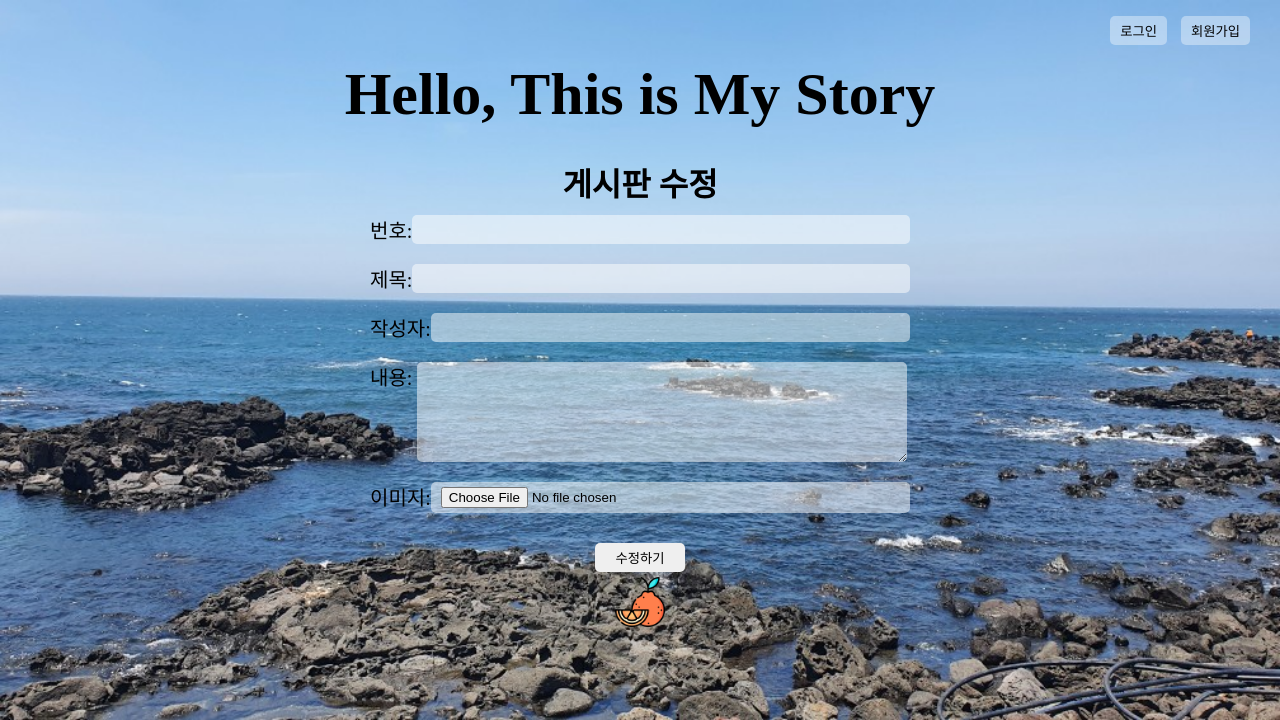
Repository: jeeniii/test2022_12_29
Page: http://localhost/portfolio/board/modify.jsp
An editor plug-in stored every save of this project. The page is shown before and after the next save, followed by the edit.
The browser window is 1280 px wide. The pictures show the whole page.
The page is served by Tomcat 9. Other server files are loaded and not shown. The template is opened directly, without the code that normally fills it, so the values that code supplies are empty.

Above is the page before, as saved 2022-12-14 03:29:02.

### JSP_Portfolio/portfolio/src/main/webapp/board/modify.jsp
<%@ page language="java" contentType="text/html; charset=UTF-8"
    pageEncoding="UTF-8"%>
<!DOCTYPE html>
<html>
<head>
<meta charset="UTF-8">
<title>Insert title here</title>
<link rel="stylesheet" href="/resources/css/boardModify.css" type="text/css">
<%@ include file="/header.jsp" %>
</head>
<body>
<div class="container">
<h1>게시판 수정</h1>
	<form action="/brd/update" method="post" enctype="multipart/form-data">
		<div class="bm_put">
			<span>
				번호:
			</span>
		 <input type="text" name="bno" value="${bvo.bno }" readonly="readonly"> <br>
		</div>
		<div class="bm_put">
			<span>
				제목:
			</span>
		 <input type="text" name="title" value="${bvo.title }"> <br>
		</div>
		<div class="bm_put">
			<span>
				작성자:
			</span>
		 <input type="text" name="writer" value="${ses.nick_name }" readonly="readonly"> <br>
		</div>
		<div class="bm_put">
			<span>
				내용:
			</span>
		 <textarea rows="3" cols="30" name="content" >${bvo.content }</textarea>
		</div>
		<div class="bm_put">
			<span>
				이미지:
			</span>
			<input type="hidden" name="image_file" value="${bvo.image_file }">
			<input type="file" name="new_file" accept="image/png, image/jpg, img/jpeg, image/gif">
		</div>
		<div class="mb_btn">
		<button type="submit">수정하기</button>
		</div>
	</form>
</div>
<section></section>
<%@ include file="/footer.jsp" %>
</body>
</html>

### JSP_Portfolio/portfolio/src/main/webapp/header.jsp
<%@ page language="java" contentType="text/html; charset=UTF-8"
    pageEncoding="UTF-8"%>
    <%@ taglib uri="http://java.sun.com/jsp/jstl/core" prefix="c" %>
<!DOCTYPE html>
<html>
<head>
<meta charset="UTF-8">

<link rel="stylesheet" href="/resources/css/header.css" type="text/css">
</head>
<body>
	<header>
		<div class="realHeader">
			<div class="headbar">
				<ul>

					<c:if test="${ses.id ne null }">
						<li>
							${ses.nick_name }님
						</li>
						<li>
							<a href="/mem/logout?id=${ses.id }"><button type="button">로그아웃</button></a>
						</li>
						<li>
							<a href="/mem/modify?id=${ses.id }"><button type="button">회원정보수정</button></a>
						</li>
					</c:if>

					<c:if test="${ses.id eq null }">
						<li>
							<a href="/mem/login"><button type="button">로그인</button></a>
						</li>
						<li>
							<a href="/mem/join"><button type="button"> 회원가입</button></a>
						</li>
					</c:if>
				</ul>
			</div>
		</div>
		<div class="topic">
			<h1>Hello, This is My Story</h1>
		</div>
	</header>
</body>
</html>

### JSP_Portfolio/portfolio/src/main/webapp/footer.jsp
<%@ page language="java" contentType="text/html; charset=UTF-8"
    pageEncoding="UTF-8"%>
    <%@ taglib uri="http://java.sun.com/jsp/jstl/core" prefix="c" %>
<!DOCTYPE html>
<html>
<head>
<meta charset="UTF-8">
<title>Insert title here</title>
<link rel="stylesheet" href="/resources/css/footer.css" type="text/css">
</head>
<body>
<footer>
		<a href="/" id="hanlabtn"><button type="button"><img src="/resources/한라봉.png" id="hanlabong"></button></a>
</footer>
</body>
</html>

### JSP_Portfolio/portfolio/src/main/webapp/resources/css/boardModify.css
@charset "UTF-8";
.container{
	width:580px;
	margin: 0 auto;
	padding: 0px;
	margin-top: 30px;
}
h1{
	text-align: center;
}
.bm_put{
	font-size:20px;
	display: inline-flex;
	width: 100%;
	padding: 10px 20px;
}
.bm_put>input{
	flex: 1 1 0%;
	border: 0px;
	padding: 5px 10px;
	border-radius: 5px;
	background-color: rgba(255, 255, 255, 0.503);
}
textarea{
	width: 490px;
	height: 100px;
	border: 0px;
	border-radius: 5px;
	margin-left: 5px;
	background-color: rgba(255, 255, 255, 0.503);
}
button[type="submit"]{
	border-radius: 5px;
	border: none;
	padding: 5px 20px;
}
.mb_btn{
	margin-top:20px;
	width: 100%;
	display: flex;
	justify-content: center;
}

### JSP_Portfolio/portfolio/src/main/webapp/resources/css/header.css
@charset "UTF-8";
* {
    margin: 0;
    padding: 0;
    box-sizing: border-box;
}
body{
	width:100%;
	height:100%;
	background-image: url("/resources/제주 바다.jpg");
	background-repeat: no-repeat;
	background-size: cover;
}
.topic{
	text-align: center;
	font-size: 30px;
}
.realHeader{
	height: 60px;
}
.headbar{
	display: flex;
	align-items: center;
	float: right;
	padding: 0px 30px;
	height: 60px;
}
.headbar>ul{
    list-style-type: none;
}
.headbar>ul>li{
	display: inline;;
	margin-left: 10px;
	line-height: 30px;
	vertical-align: middle;
}
.headbar>ul>li>a{
	font-size: 20px;
	font-weight: 700px;
	color: black;
    text-decoration-line:none ;
}
button[type="button"]{
	border: 0px;
	padding: 5px 10px;
	border-radius: 5px;
	background-color: rgba(255, 255, 255, 0.377);
}

### JSP_Portfolio/portfolio/src/main/webapp/resources/css/footer.css
@charset "UTF-8";
#hanlabong{
    width: 50px;
    height: 50px;
}

#hanlabtn{
	background-color: transparent;
	border:none;
	cursor: pointer;
}
#hanlabtn button{
	background-color: transparent;
	border:none;
	cursor: pointer;

}
#hanlabtn:hover{
	transform:scale(1.5);
  	transition: transform .5s;
}
footer{
	width: 100%;
	display: flex;
	justify-content: center;
}

After the next save:
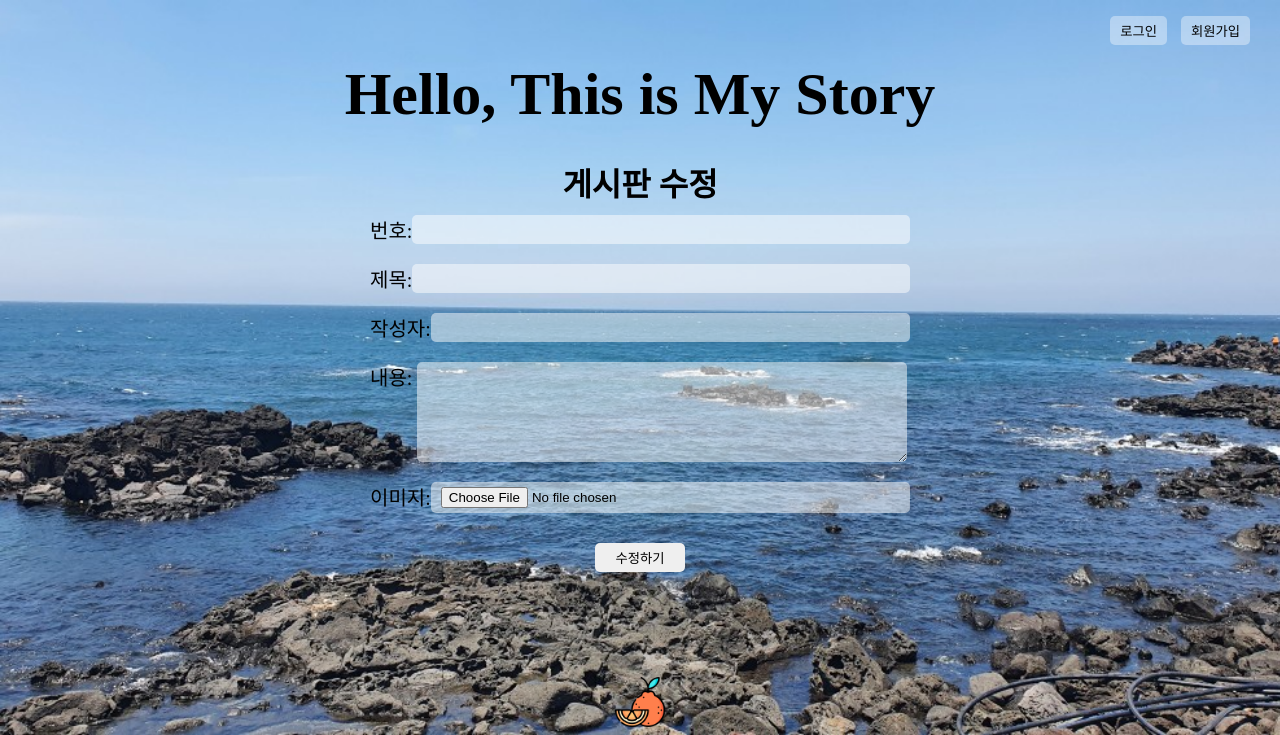
Saved 11 s later.
--- a/JSP_Portfolio/portfolio/src/main/webapp/resources/css/boardModify.css
+++ b/JSP_Portfolio/portfolio/src/main/webapp/resources/css/boardModify.css
@@ -40,3 +40,6 @@ button[type="submit"]{
 	display: flex;
 	justify-content: center;
 }
+section{
+	min-height: 100px;
+}

After the save that followed:
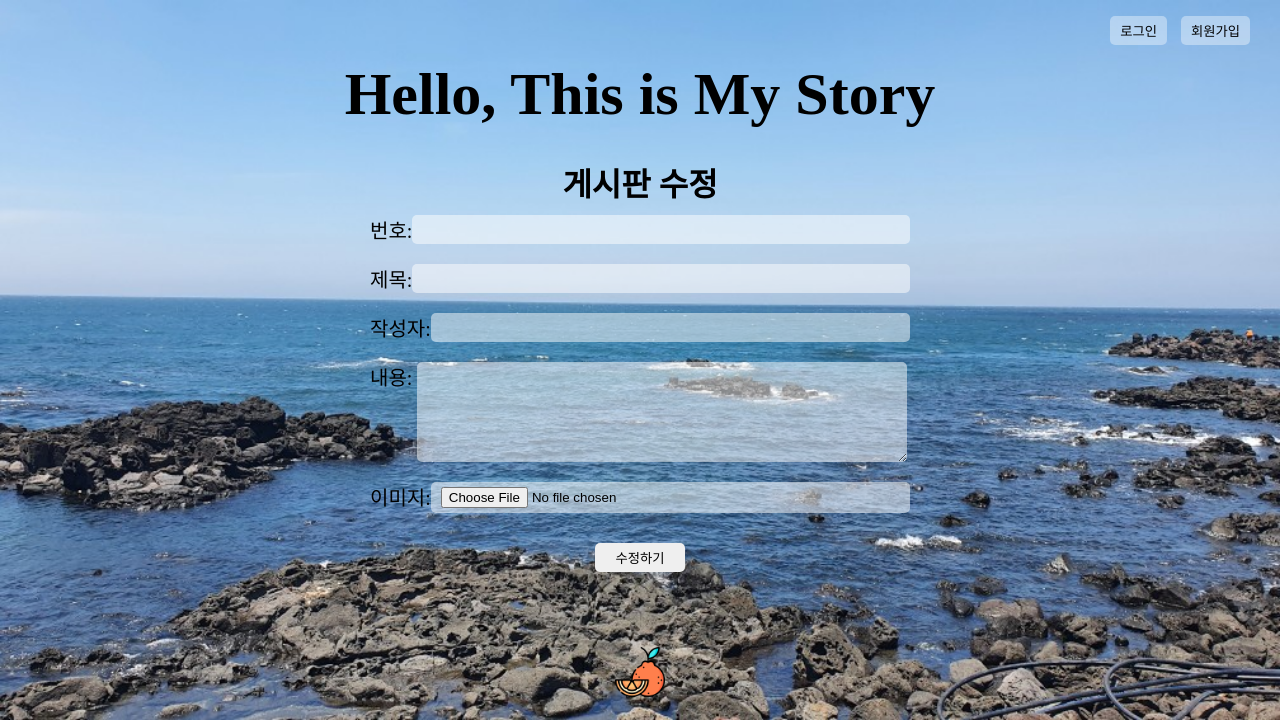
Saved 8 s later.
--- a/JSP_Portfolio/portfolio/src/main/webapp/resources/css/boardModify.css
+++ b/JSP_Portfolio/portfolio/src/main/webapp/resources/css/boardModify.css
@@ -41,5 +41,5 @@ button[type="submit"]{
 	justify-content: center;
 }
 section{
-	min-height: 100px;
+	min-height: 70px;
 }
